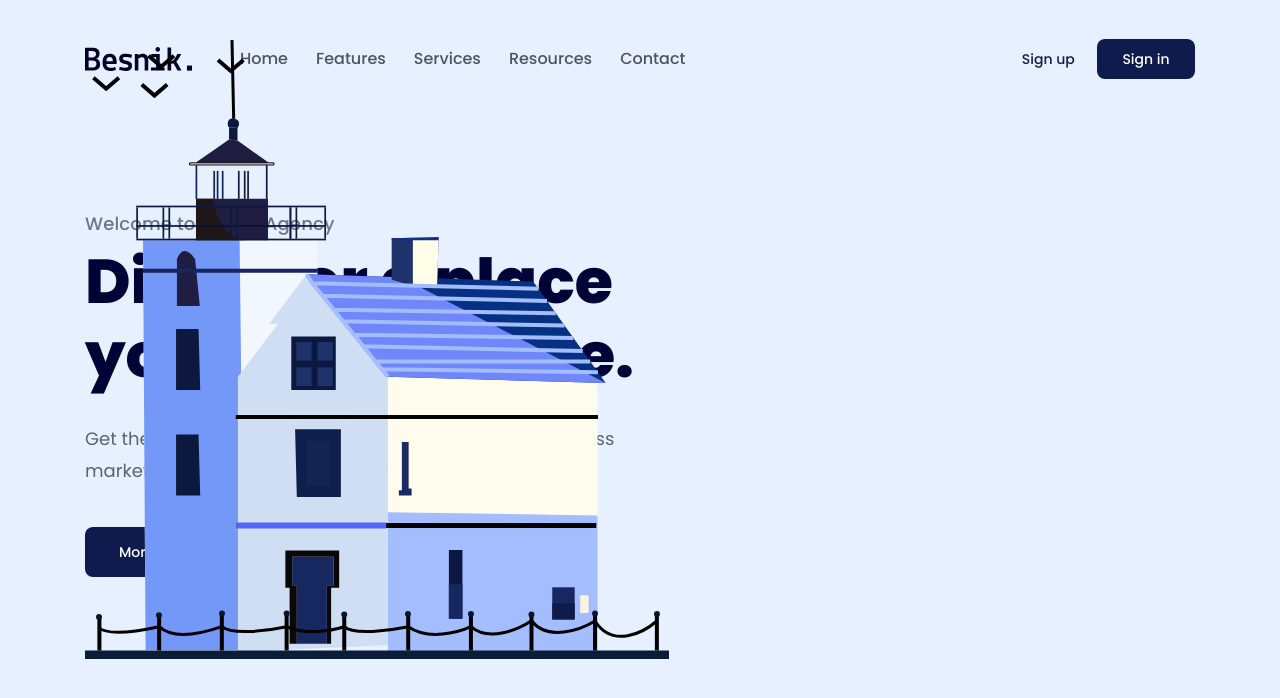
Repository: datvu1608/dv-htmlcss-01
Page: index.html
The author's editor kept a copy of each file at every save. The page is drawn from the files as they stood at one save, then again after the next save.
The browser window is 1280 px wide. The pictures show the whole page.

Above is the page before, as saved 2023-06-02 09:31:00.

After the next save:
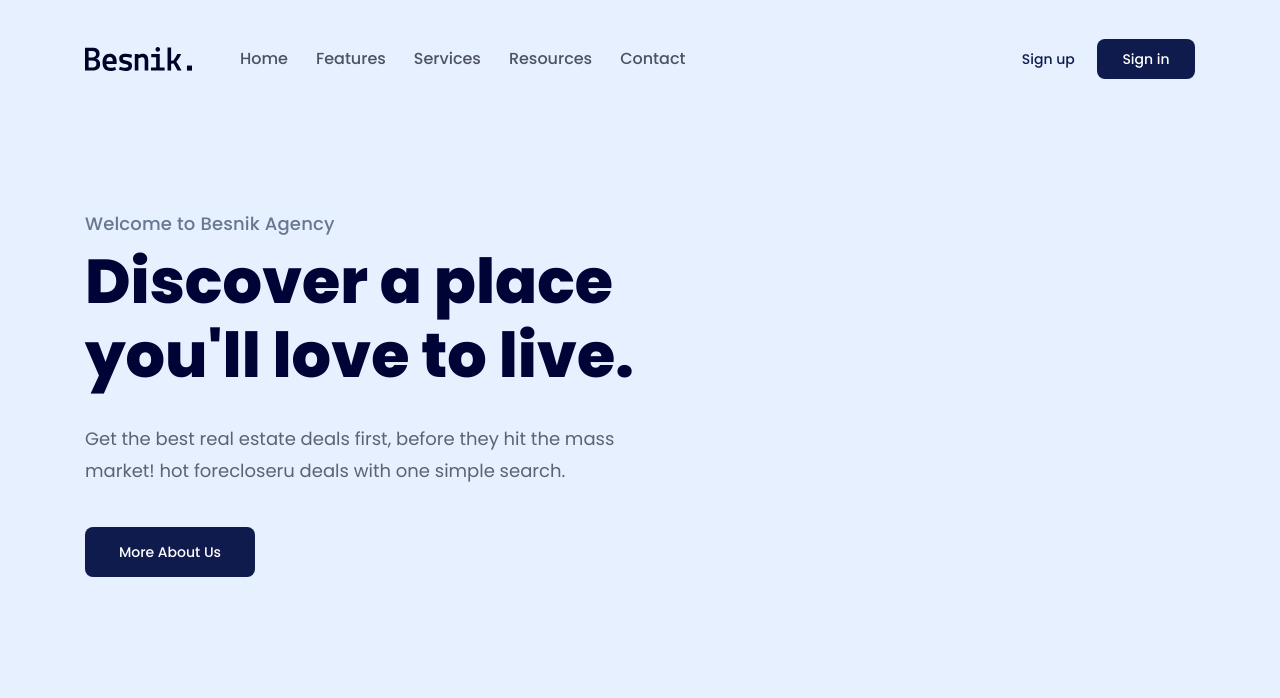
Saved 34 s later.
--- a/index.html
+++ b/index.html
@@ -41,11 +41,6 @@
               </p>
               <a href="#!" class="btn hero-cta">More About Us</a>
             </div>
-            <img
-              src="./assets/img/hero-img.svg"
-              alt="Discover a place you'll love to live."
-              class="hero-img"
-            />
           </div>
         </div>
       </header>

After the save that followed:
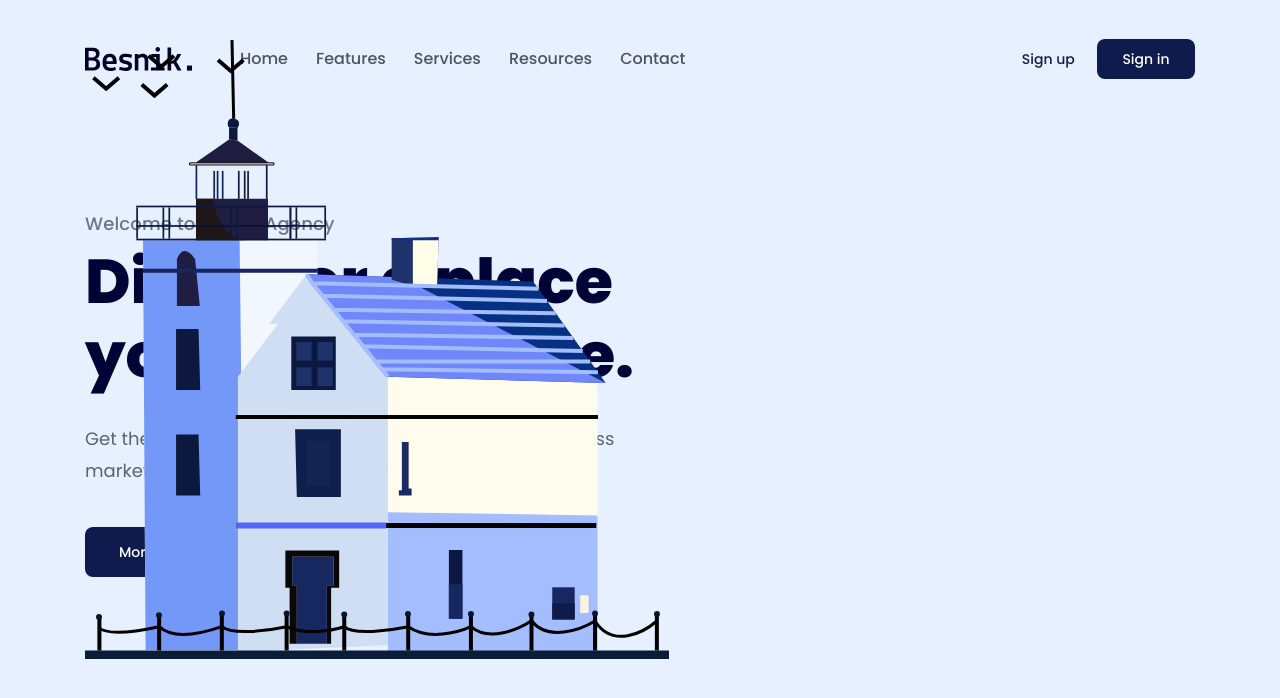
Saved 34 s later.
--- a/index.html
+++ b/index.html
@@ -41,6 +41,7 @@
               </p>
               <a href="#!" class="btn hero-cta">More About Us</a>
             </div>
+            <img src="./assets/img/hero-img.svg" alt="" class="hero-img" />
           </div>
         </div>
       </header>
